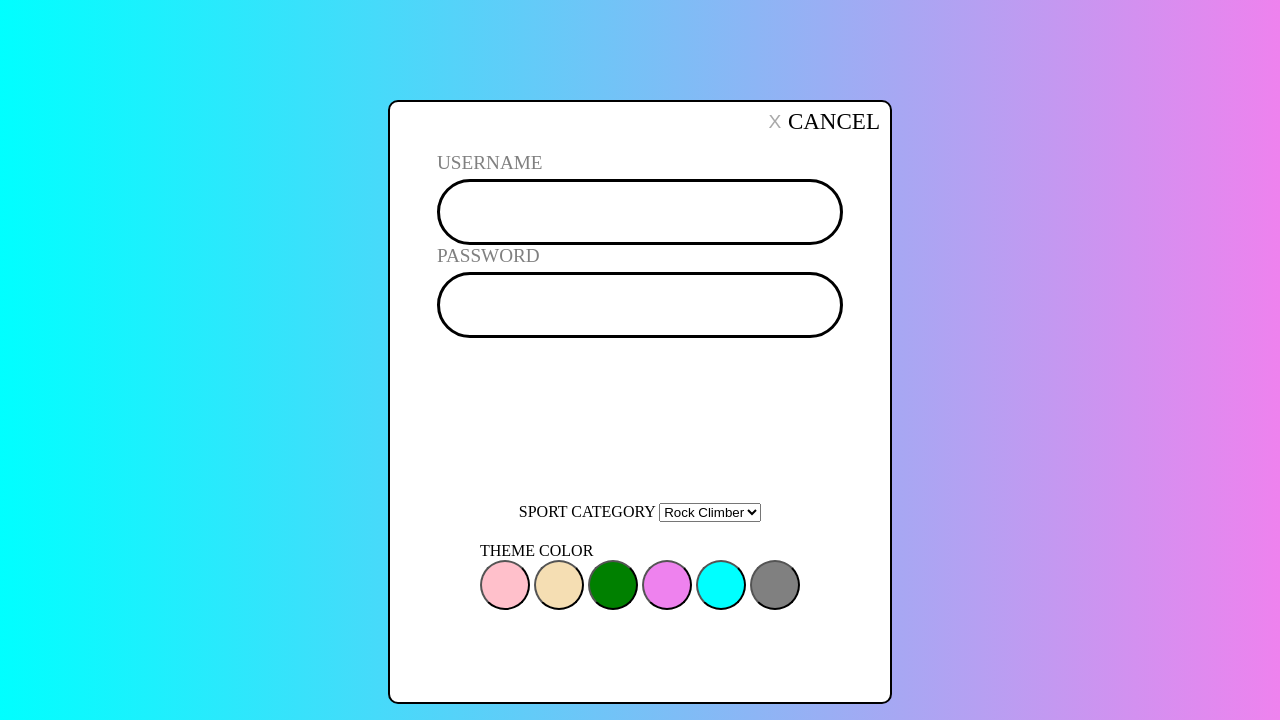
Repository: zRush1202/LoginPage-demo
Page: dom/exercise/login.html
The author's editor kept a copy of each file at every save. The page is drawn from the files as they stood at one save, then again after the next save.
The browser window is 1280 px wide. The pictures show the whole page.

Above is the page before, as saved 2023-09-17 09:41:55.

After the next save:
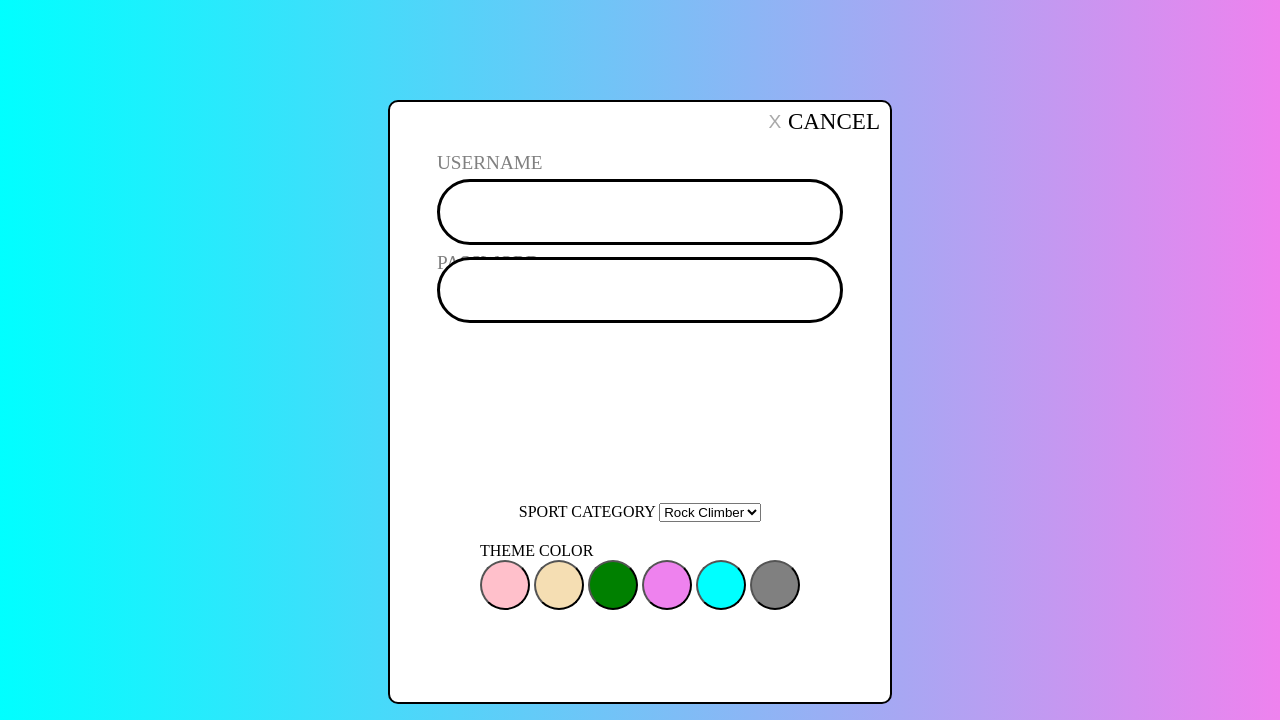
Saved 32 s later.
--- a/dom/exercise/login.css
+++ b/dom/exercise/login.css
@@ -64,7 +64,10 @@
     color: gray;
 }
 
-
+.pass, .pa {
+    position: absolute;
+    top: 100px;
+}
 
 
 

After the save that followed:
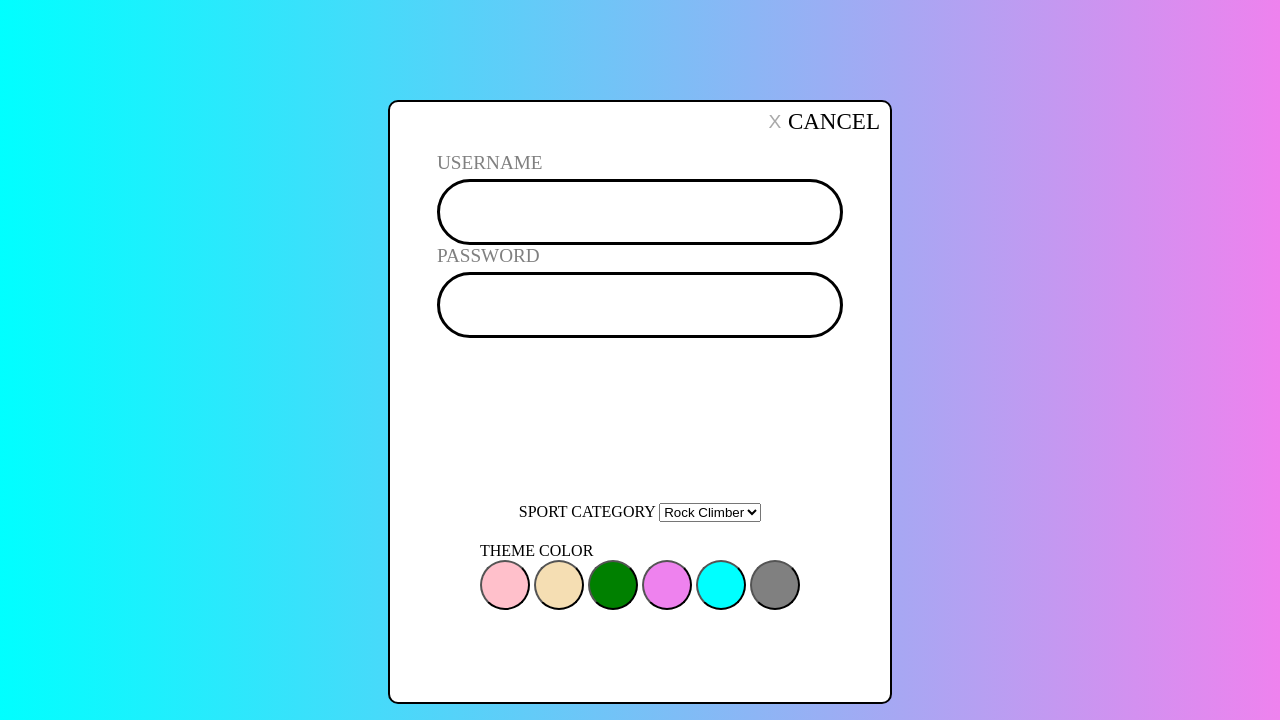
Saved 43 s later.
--- a/dom/exercise/login.css
+++ b/dom/exercise/login.css
@@ -64,12 +64,10 @@
     color: gray;
 }
 
-.pass, .pa {
-    position: absolute;
-    top: 100px;
+.tk {
+    position: relative;
+    bottom: 10px;
 }
-
-
 
 .tk {
     position: absolute;
